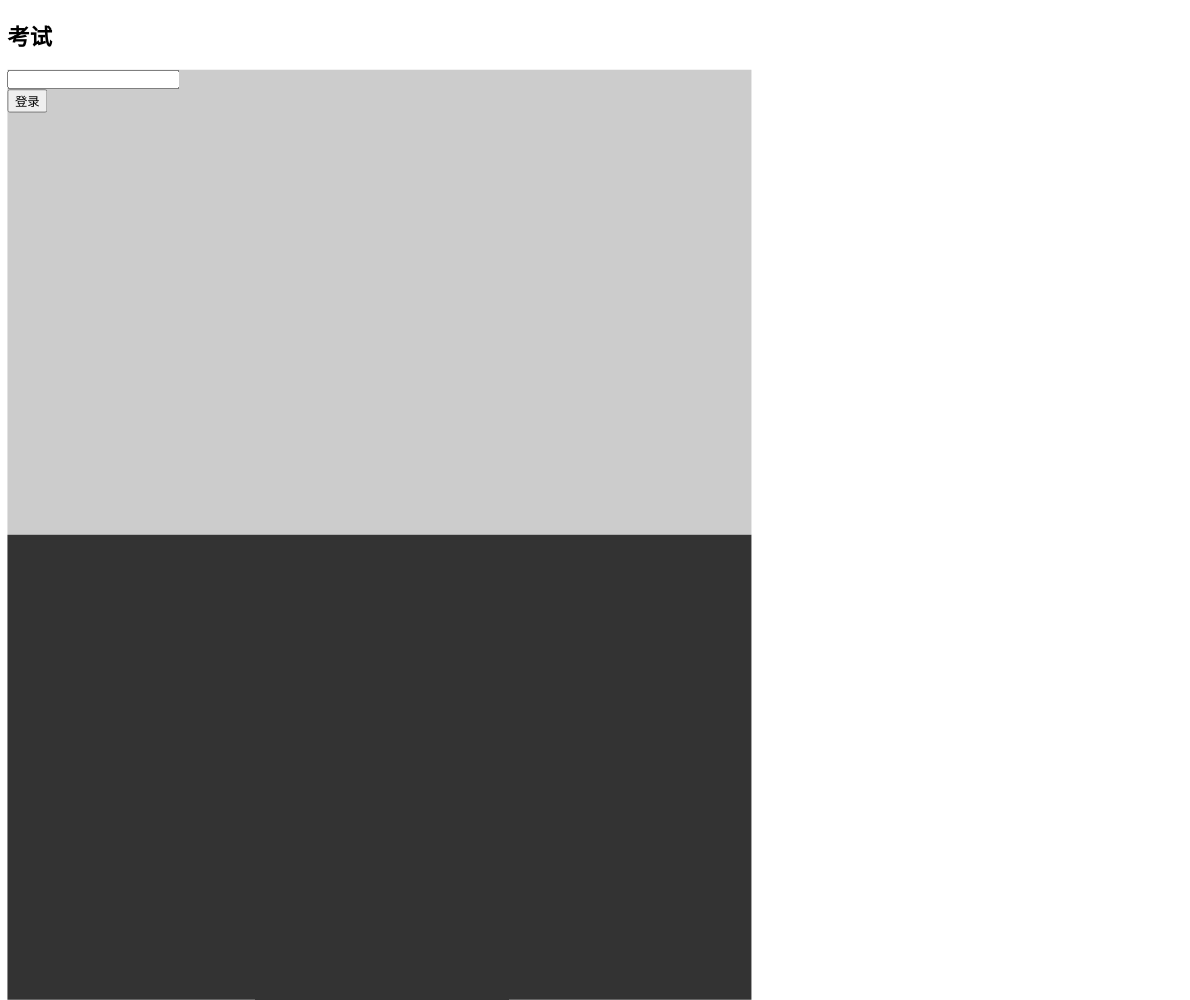
Repository: Sjl-2114/2006z
Page: / (app in B卷/vue-kaoshi/)
These files come from the project's save history. The page is drawn as it stood at one moment and after a run of saves; the edit follows.
The browser window is 1280 px wide. The pictures show the whole page, at 93% of full size.
The project was rebuilt for these pictures with package versions that can differ from the ones it lists, and the page was loaded fresh each time. Also part of the build but not shown: B卷/vue-kaoshi/src/views/T1.vue, B卷/vue-kaoshi/src/views/T2.vue.

Above is the page before, as saved 2021-04-29 16:47:42.

### B卷/vue-kaoshi/src/App.vue
<template>
  <div>
    <h2>考试</h2>
      <div class="left">
        <input type="text" v-model="ke">
        <br>
        <button @click="login">登录</button>
      </div>
      <div class="right">

      </div>
  </div>
</template>
<script>
  import data from '../public/data.json'
export default {
  data() {
    return {

    }
  },
}
</script>
<style >
    .left{
    width: 800px;
      height: 500px;
      background: #ccc;
      float: left;
  }
  .right{
    width: 800px;
    height: 500px;
    background: rgba(0, 0, 0, .8);
    float: left;
  }
</style>

### B卷/vue-kaoshi/src/router/index.js
import Vue from 'vue'
import VueRouter from 'vue-router'
import T1 from '../views/T1.vue'
import T2 from '../views/T2.vue'

Vue.use(VueRouter)

const routes = [
  {
    path: '/t1',
    component: T1
  },
  {
    path: '/t2',
    component: T2
  }
]

const router = new VueRouter({
  mode: 'history',
  base: process.env.BASE_URL,
  routes
})

export default router

### B卷/vue-kaoshi/public/data.json
{
  "data": [
    {
      "title": "p标签是干什么用的？",
      "options": [
        "实现换行的",
        "显示图片的",
        "制作按钮的",
        "实现分段的"
      ],
      "right": 3
    },
    {
      "title": "a标签是干什么用的？",
      "options": [
        "实现换行的",
        "显示图片的",
        "超链接按钮",
        "实现分段的"
      ],
      "right": 2
    },
    {
      "title": "img标签是干什么用的？",
      "options": [
        "实现换行的",
        "显示图片的",
        "制作按钮的",
        "实现分段的"
      ],
      "right": 1
    },
    {
      "title": "br标签是干什么用的？",
      "options": [
        "实现换行的",
        "显示图片的",
        "制作按钮的",
        "实现分段的"
      ],
      "right": 0
    }
  ]
}

Loaded but not shown: B卷/vue-kaoshi/public/index.html (common file); B卷/vue-kaoshi/src/main.js (common file)

After the next 2 saves:
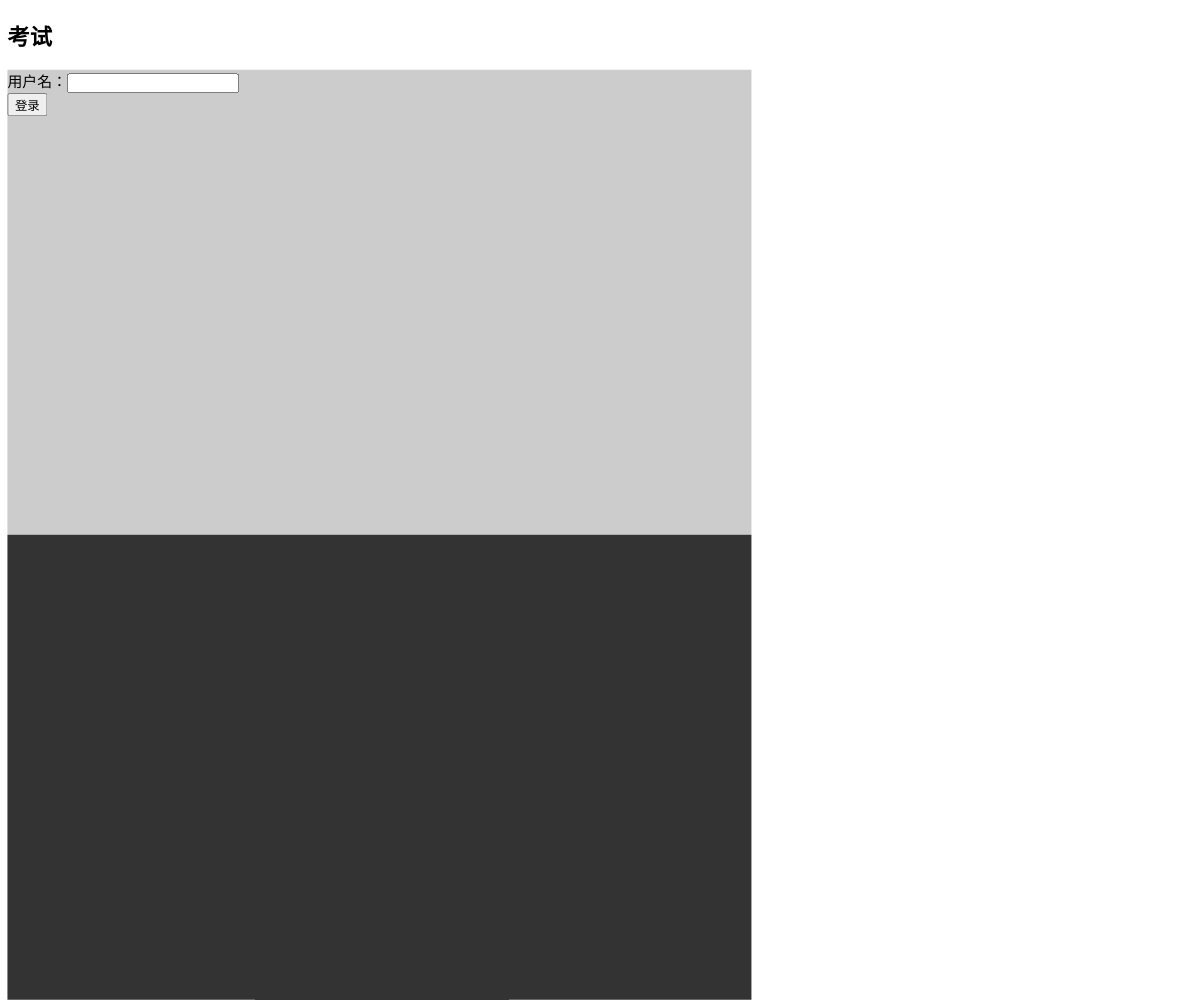
The 2 saves are shown as one change because they came seconds apart.
The last was saved 13 s later.
--- a/B卷/vue-kaoshi/src/App.vue
+++ b/B卷/vue-kaoshi/src/App.vue
@@ -2,7 +2,7 @@
   <div>
     <h2>考试</h2>
       <div class="left">
-        <input type="text" v-model="ke">
+         <span>用户名：</span><input type="text" v-model="ke">
         <br>
         <button @click="login">登录</button>
       </div>
